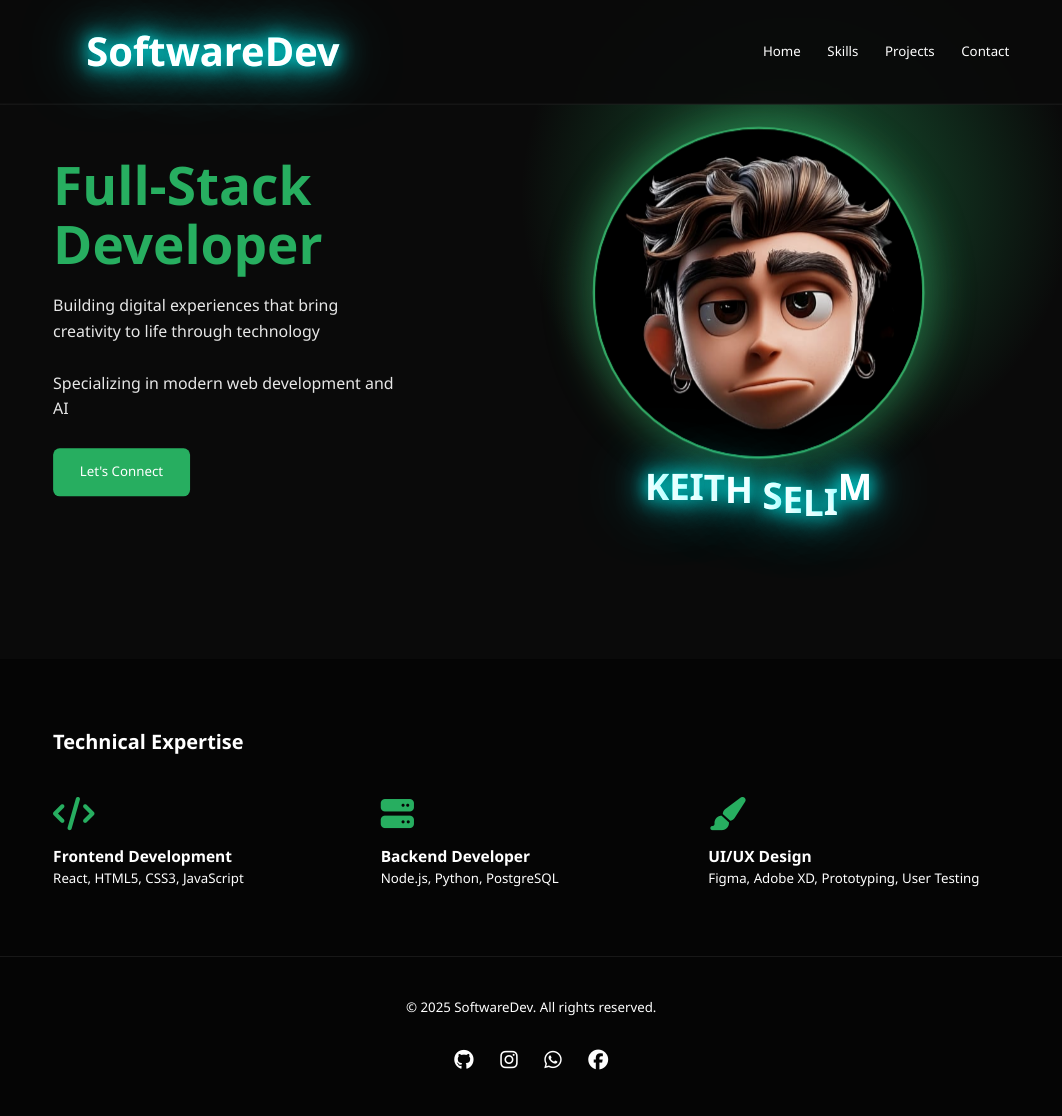
Repository: PEEZYBEE/my-react-portfolio
Page: /
An editor plug-in stored every save of this project. The page is shown before and after a run of saves, followed by the edit.
The browser window is 1280 px wide. The pictures show the whole page, at 83% of full size.
The project was rebuilt for these pictures with package versions that can differ from the ones it lists, and the page was loaded fresh each time. Also part of the build but not shown: vite.config.js.

Above is the page before, as saved 2025-04-21 02:07:04.

After the next 3 saves:
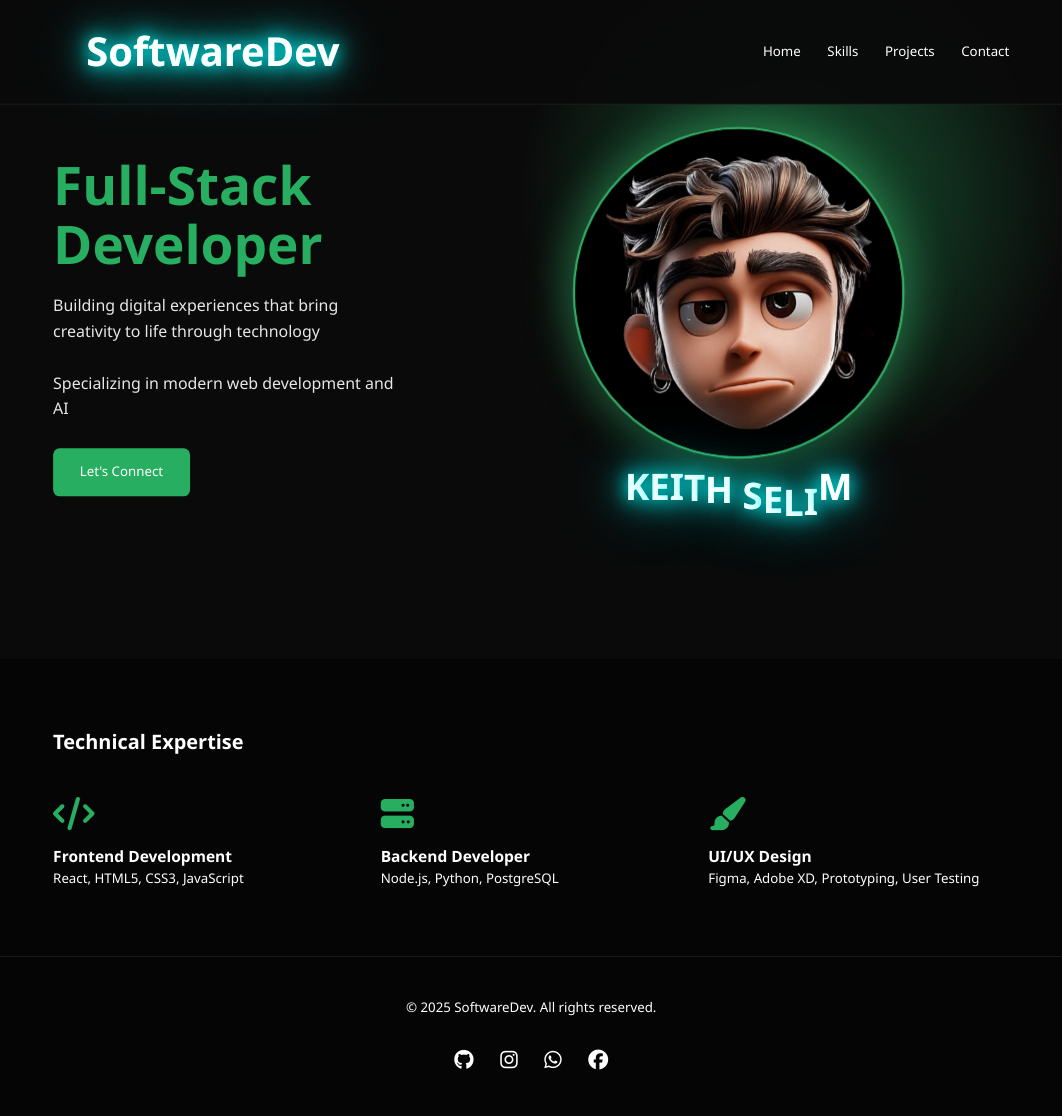
The 3 saves are shown as one change because they came seconds apart.
The last was saved 10 s later.
--- a/src/components/Hero.css
+++ b/src/components/Hero.css
@@ -16,7 +16,7 @@
     display: flex;
     justify-content: center;
     align-items: center;
-    margin-left: 3rem;
+    margin-left: rem;
   }
 
   .profile-wrapper {
